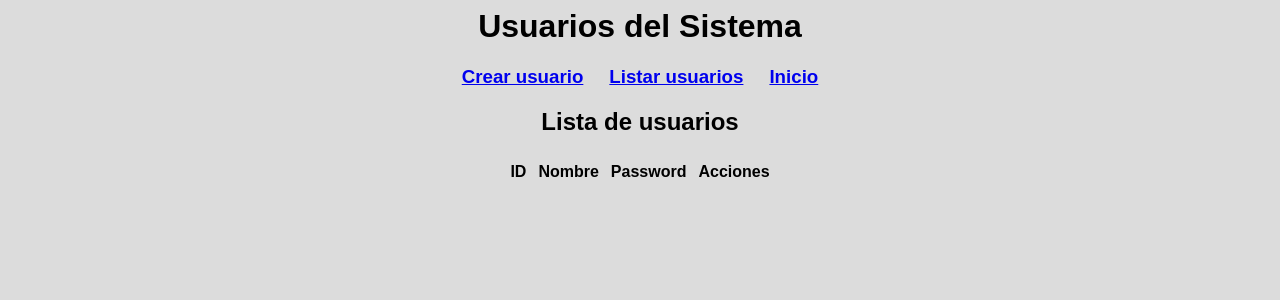
Repository: miguelalvarezcl/examen
Page: http://localhost/CtaCorriente/
An editor plug-in stored every save of this project. The page is shown before and after the next save, followed by the edit.
The browser window is 1280 px wide. The pictures show the whole page.
The page is served by Tomcat 9. Other server files are loaded and not shown. Queries for data that is not in the repository find no rows.

Above is the page before, as saved 2021-11-13 02:01:54.

### CtaCorriente/WebContent/ListaUsuarios.jsp
<%@ page language="java" contentType="text/html; charset=UTF-8"
    pageEncoding="UTF-8"%>
<%@ taglib uri="http://java.sun.com/jsp/jstl/core" prefix="c" %>
<html>

<head>
    <title>Banco Platinum</title>
</head>
<body>
    <center>
        <h1>Usuarios del Sistema</h1>
        <h3>
            <a href="/CtaCorriente/new">Crear usuario</a>
            &nbsp;&nbsp;&nbsp;
            <a href="/CtaCorriente/list">Listar usuarios</a>
            &nbsp;&nbsp;&nbsp;
            <a href="/CtaCorriente/home.jsp">Inicio</a>
        </h3>
    </center>
    <div align="center">
        <table border="0" cellpadding="5">
            <h2>Lista de usuarios</h2>
            <tr>
                <th>ID</th>
                <th>Nombre</th>
                <th>Password</th>
                <th>Acciones</th>
            </tr>
            <c:forEach var="usuariobd" items="${listUsuariobd}">
                <tr>
                    <td><c:out value="${usuariobd.id}" /></td>
                    <td><c:out value="${usuariobd.nombreusuario}" /></td>
                    <td><c:out value="${usuariobd.password}" /></td>

                    <td>
                        <a href="/CtaCorriente/edit?id=<c:out value='${usuariobd.id}' />">Edit</a>
                        &nbsp;&nbsp;&nbsp;&nbsp;
                        <a href="/CtaCorriente/delete?id=<c:out value='${usuariobd.id}' />">Delete</a>
                    </td>
                </tr>
            </c:forEach>
        </table>
    </div>
</body>
</html>


<style>
body{
	font-family: arial, helvetica;
	background: #DCDCDC;
}
</style>

### CtaCorriente/src/com/platinum/ControllerServlet.java
package com.platinum;

import java.io.IOException;
import java.sql.SQLException;
import java.util.List;

import javax.servlet.RequestDispatcher;
import javax.servlet.ServletException;
import javax.servlet.http.HttpServlet;
import javax.servlet.http.HttpServletRequest;
import javax.servlet.http.HttpServletResponse;


public class ControllerServlet extends HttpServlet {
    private static final long serialVersionUID = 1L;
    private UsuariobdDAO usuariobdDAO;
    private PersonabdDAO personabdDAO;
    private CuentabdDAO cuentabdDAO;
    private TransferenciaDAO transferenciaDAO;

    public void init() {
        String jdbcURL = getServletContext().getInitParameter("jdbcURL");
        String jdbcUsername = getServletContext().getInitParameter("jdbcUsername");
        String jdbcPassword = getServletContext().getInitParameter("jdbcPassword");

        usuariobdDAO = new UsuariobdDAO(jdbcURL, jdbcUsername, jdbcPassword);
        personabdDAO = new PersonabdDAO(jdbcURL, jdbcUsername, jdbcPassword);
        cuentabdDAO = new CuentabdDAO(jdbcURL, jdbcUsername, jdbcPassword);
        transferenciaDAO = new TransferenciaDAO(jdbcURL, jdbcUsername, jdbcPassword);

    }

    protected void doPost(HttpServletRequest request, HttpServletResponse response)
            throws ServletException, IOException {
        doGet(request, response);
    }

    protected void doGet(HttpServletRequest request, HttpServletResponse response)
            throws ServletException, IOException {
        String action = request.getServletPath();

        try {
            switch (action) {
            case "/new":
                showNewForm(request, response);
                break;
            case "/newpersona":
                showNewFormPersona(request, response);
                break;

            case "/newcuenta":
                showNewFormCuenta(request, response);
                break;

            case "/newtransferencia":
                showNewFormTransferencia(request, response);
                break;

            case "/insert":
                insertUsuariobd(request, response);
                break;

            case "/insertpersona":
                insertPersonabd(request, response);
                break;

            case "/insertcuenta":
                insertCuentabd(request, response);
                break;

            case "/inserttransferencia":
                insertTransferencia(request, response);
                break;
            case "/deletecuenta":
                deleteCuentabd(request, response);
                break;

            case "/deletepersona":
                deletePersonabd(request, response);
                break;
            case "/delete":
                deleteUsuariobd(request, response);
                break;
            case "/editpersona":
                showEditFormPersona(request, response);
                break;

            case "/editcuenta":
                showEditFormCuenta(request, response);
                break;

            case "/edit":
                showEditForm(request, response);
                break;
            case "/update":
                updateUsuariobd(request, response);
                break;
            case "/updatepersona":
                updatePersonabd(request, response);
                break;

            case "/updatecuenta":
                updateCuentabd(request, response);
                break;


            case "/listPersonabd":
            	listPersonabd(request, response);
                break;

            case "/listCuentabd":
            	//System.out.println("1");
            	listCuentabd(request, response);
                break;
            case "/listTransferencia":
            	listTransferencia(request, response);
                break;
            default:
                listUsuariobd(request, response);
                break;
            }
        } catch (SQLException ex) {
            throw new ServletException(ex);
        }
    }



    private void listTransferencia(HttpServletRequest request, HttpServletResponse response)
            throws SQLException, IOException, ServletException {


        List<Transferencia> listTransferencia = transferenciaDAO.listAllTransferencia();

        request.setAttribute("listTransferencia", listTransferencia);
        RequestDispatcher dispatcher = request.getRequestDispatcher("ListaTransferencia.jsp");
        dispatcher.forward(request, response);
    }

    private void listCuentabd(HttpServletRequest request, HttpServletResponse response)
            throws SQLException, IOException, ServletException {


        List<Cuentabd> listCuentabd = cuentabdDAO.listAllCuentabd();

        request.setAttribute("listCuentabd", listCuentabd);
        RequestDispatcher dispatcher = request.getRequestDispatcher("ListaCuentas.jsp");
        dispatcher.forward(request, response);
    }

    private void listPersonabd(HttpServletRequest request, HttpServletResponse response)
            throws SQLException, IOException, ServletException {

        List<Personabd> listPersonabd = personabdDAO.listAllPersonabd();

        request.setAttribute("listPersonabd", listPersonabd);
        RequestDispatcher dispatcher = request.getRequestDispatcher("ListaPersonas.jsp");
        dispatcher.forward(request, response);
    }

    private void listUsuariobd(HttpServletRequest request, HttpServletResponse response)
            throws SQLException, IOException, ServletException {
        List<Usuariobd> listUsuariobd = usuariobdDAO.listAllUsuariosbd();
        request.setAttribute("listUsuariobd", listUsuariobd);
        RequestDispatcher dispatcher = request.getRequestDispatcher("ListaUsuarios.jsp");
        dispatcher.forward(request, response);
    }


    private void showNewForm(HttpServletRequest request, HttpServletResponse response)
            throws ServletException, IOException {
        RequestDispatcher dispatcher = request.getRequestDispatcher("FormularioUsuario.jsp");
        dispatcher.forward(request, response);
    }

    private void showNewFormPersona(HttpServletRequest request, HttpServletResponse response)
            throws ServletException, IOException {
        RequestDispatcher dispatcher = request.getRequestDispatcher("FormularioPersona.jsp");
        dispatcher.forward(request, response);
    }

    private void showNewFormCuenta(HttpServletRequest request, HttpServletResponse response)
            throws ServletException, IOException {
        RequestDispatcher dispatcher = request.getRequestDispatcher("FormularioCuenta.jsp");
        dispatcher.forward(request, response);
    }

    private void showNewFormTransferencia(HttpServletRequest request, HttpServletResponse response)
            throws ServletException, IOException {
        RequestDispatcher dispatcher = request.getRequestDispatcher("FormularioTransferencia.jsp");
        dispatcher.forward(request, response);
    }


    private void showEditForm(HttpServletRequest request, HttpServletResponse response)
            throws SQLException, ServletException, IOException {
        int id = Integer.parseInt(request.getParameter("id"));
        Usuariobd existingUsuariobd = usuariobdDAO.getUsuariobd(id);
        RequestDispatcher dispatcher = request.getRequestDispatcher("FormularioUsuario.jsp");
        request.setAttribute("usuariobd", existingUsuariobd);
        dispatcher.forward(request, response);

    }

    private void showEditFormPersona(HttpServletRequest request, HttpServletResponse response)
            throws SQLException, ServletException, IOException {
        String rut = request.getParameter("rut");
        Personabd existingPersonabd = personabdDAO.getPersonabd(rut);
        RequestDispatcher dispatcher = request.getRequestDispatcher("FormularioPersona.jsp");
        request.setAttribute("personabd", existingPersonabd);
        dispatcher.forward(request, response);


    }

    private void showEditFormCuenta(HttpServletRequest request, HttpServletResponse response)
            throws SQLException, ServletException, IOException {
        int id = Integer.parseInt(request.getParameter("id"));
        Cuentabd existingCuentabd = cuentabdDAO.getCuentabd(id);
        RequestDispatcher dispatcher = request.getRequestDispatcher("FormularioCuenta.jsp");
        request.setAttribute("cuentabd", existingCuentabd);
        dispatcher.forward(request, response);


    }

    private void insertUsuariobd(HttpServletRequest request, HttpServletResponse response)
            throws SQLException, IOException {
        String nombreusuario = request.getParameter("nombreusuario");
        String password = request.getParameter("password");


        Usuariobd newUsuariobd = new Usuariobd(nombreusuario, password);
        usuariobdDAO.insertUsuariobd(newUsuariobd);
        response.sendRedirect("list");
    }

    private void insertPersonabd(HttpServletRequest request, HttpServletResponse response)
            throws SQLException, IOException {
    	String rut = request.getParameter("rut");
        String nombre = request.getParameter("nombre");
        String apellido = request.getParameter("apellido");
        String direccion = request.getParameter("direccion");
        String correo = request.getParameter("correo");
        String telefono = request.getParameter("telefono");

        Personabd newPersonabd = new Personabd(rut,nombre, apellido,direccion,correo,telefono);
        personabdDAO.insertPersonabd(newPersonabd);
        response.sendRedirect("listPersonabd");
    }

    private void insertTransferencia(HttpServletRequest request, HttpServletResponse response)
            throws SQLException, IOException {
        String rutpersona = request.getParameter("rutpersona");
        int idusuario = Integer.parseInt(request.getParameter("idusuario"));
        int idcuenta = Integer.parseInt(request.getParameter("idcuenta"));
        int montotransferencia = Integer.parseInt(request.getParameter("montotransferencia"));
        int cuentatransferencia = Integer.parseInt(request.getParameter("cuentatransferencia"));
        String tipocuenta = request.getParameter("tipocuenta");

        Transferencia newTransferencia = new Transferencia(rutpersona, idusuario,idcuenta,montotransferencia,cuentatransferencia,tipocuenta);
        transferenciaDAO.insertTransferencia(newTransferencia);
        response.sendRedirect("listTransferencia");
    }

    private void insertCuentabd(HttpServletRequest request, HttpServletResponse response)
            throws SQLException, IOException {
        String rutcliente = request.getParameter("rutcliente");
        String monto = request.getParameter("monto");
        String ejecutivo = request.getParameter("ejecutivo");

        Cuentabd newCuentabd = new Cuentabd(rutcliente, monto,ejecutivo);
        cuentabdDAO.insertCuentabd(newCuentabd);
        response.sendRedirect("listCuentabd");
    }


    private void updatePersonabd(HttpServletRequest request, HttpServletResponse response)
            throws SQLException, IOException {
        String rut = request.getParameter("rut");
        String nombre = request.getParameter("nombre");
        String apellido = request.getParameter("apellido");
        String direccion = request.getParameter("direccion");
        String correo = request.getParameter("correo");
        String telefono = request.getParameter("telefono");


        Personabd personabd = new Personabd(rut, nombre, apellido,direccion,correo,telefono);
        personabdDAO.updatePersonabd(personabd);
        response.sendRedirect("listPersonabd");
    }


    private void updateCuentabd(HttpServletRequest request, HttpServletResponse response)
            throws SQLException, IOException {
    	System.out.println("paso");

        String rutcliente = request.getParameter("rutcliente");
        String monto = request.getParameter("monto");
        String ejecutivo = request.getParameter("ejecutivo");
        int id = Integer.parseInt(request.getParameter("id"));
        Cuentabd cuentabd = new Cuentabd(id, rutcliente, monto , ejecutivo);
        System.out.println("paso2");
        cuentabdDAO.updateCuentabd(cuentabd);
        response.sendRedirect("listCuentabd");
    }


    private void updateUsuariobd(HttpServletRequest request, HttpServletResponse response)
            throws SQLException, IOException {
        int id = Integer.parseInt(request.getParameter("id"));
        String nombreusuario = request.getParameter("nombreusuario");
        String password = request.getParameter("password");


        Usuariobd usuariobd = new Usuariobd(id, nombreusuario, password);
        usuariobdDAO.updateUsuariobd(usuariobd);
        response.sendRedirect("list");
    }

    private void deleteUsuariobd(HttpServletRequest request, HttpServletResponse response)
            throws SQLException, IOException {
        int id = Integer.parseInt(request.getParameter("id"));

        Usuariobd usuariobd = new Usuariobd(id);
        usuariobdDAO.deleteUsuariobd(usuariobd);
        response.sendRedirect("list");

    }

    private void deletePersonabd(HttpServletRequest request, HttpServletResponse response)
            throws SQLException, IOException {
        String rut = request.getParameter("rut");

        Personabd personabd = new Personabd(rut);
        personabdDAO.deletePersonabd(personabd);
        response.sendRedirect("listPersonabd");
    }


    private void deleteCuentabd(HttpServletRequest request, HttpServletResponse response)
            throws SQLException, IOException {
        int id = Integer.parseInt(request.getParameter("id"));

        Cuentabd cuentabd = new Cuentabd(id);
        cuentabdDAO.deleteCuentabd(cuentabd);
        response.sendRedirect("listCuentabd");
    }



}

After the next save:
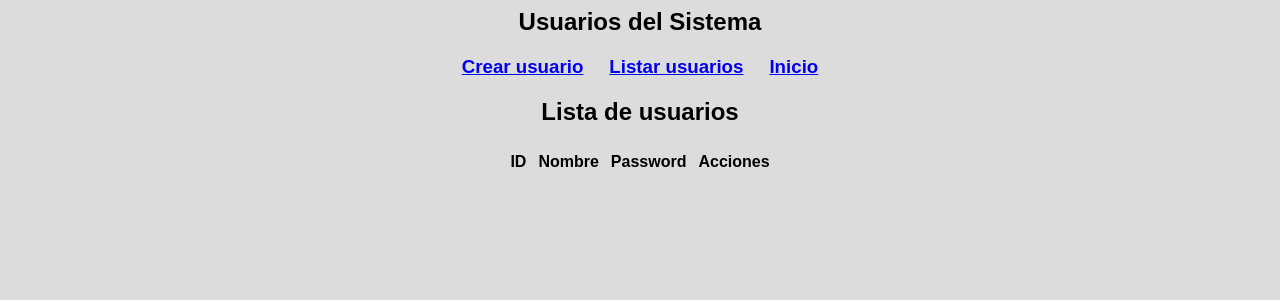
Saved 47 s later.
--- a/CtaCorriente/WebContent/ListaUsuarios.jsp
+++ b/CtaCorriente/WebContent/ListaUsuarios.jsp
@@ -8,7 +8,7 @@
 </head>
 <body>
     <center>
-        <h1>Usuarios del Sistema</h1>
+        <h2>Usuarios del Sistema</h2>
         <h3>
             <a href="/CtaCorriente/new">Crear usuario</a>
             &nbsp;&nbsp;&nbsp;
